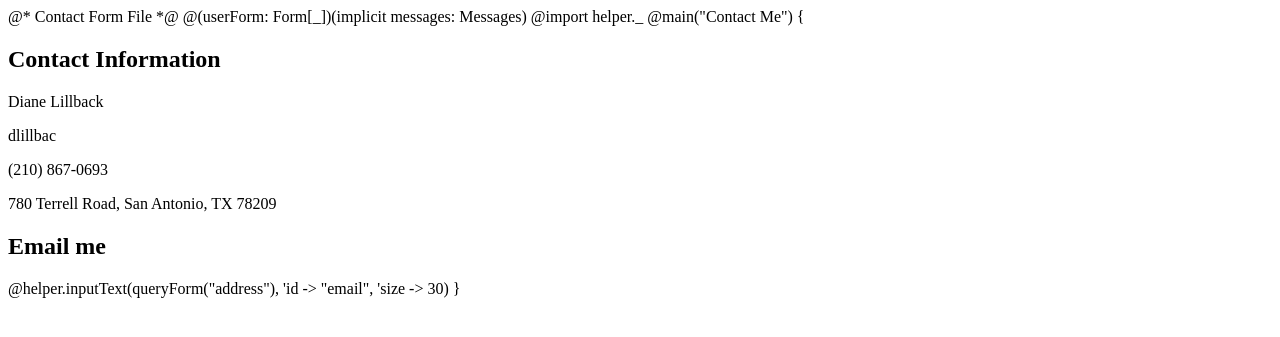
Repository: arthurfeeney/Interior-Design
Page: server/app/views/contact.scala.html
The author's editor kept a copy of each file at every save. The page is drawn from the files as they stood at one save, then again after the next save.
The browser window is 1280 px wide. The pictures show the whole page.

Above is the page before, as saved 2019-03-31 20:02:59.

After the next save:
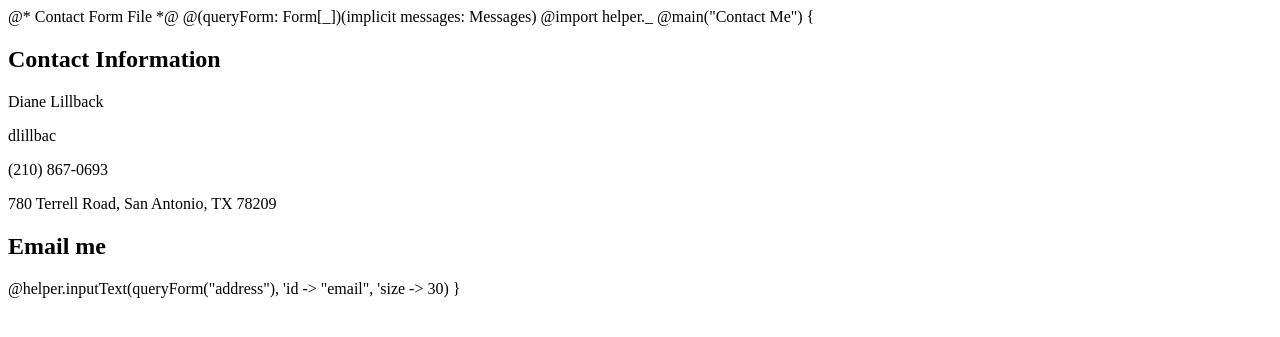
Saved 19 s later.
--- a/server/app/views/contact.scala.html
+++ b/server/app/views/contact.scala.html
@@ -1,5 +1,5 @@
 @* Contact Form File *@
-@(userForm: Form[_])(implicit messages: Messages)
+@(queryForm: Form[_])(implicit messages: Messages)
 
 @import helper._
 
